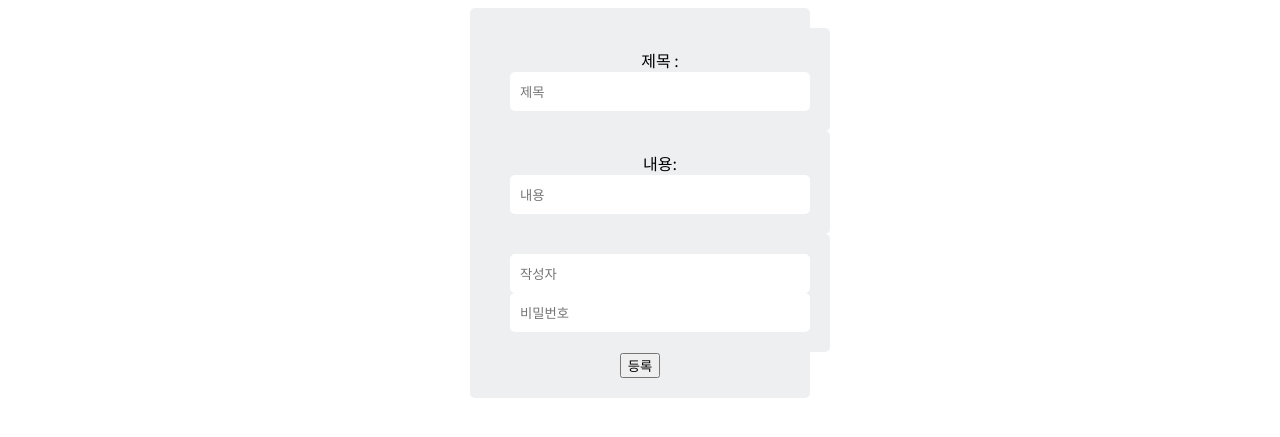
Repository: tae10/app-board-solo
Page: http://localhost/app-board/create
The author's editor kept a copy of each file at every save. The page is drawn from the files as they stood at one save, then again after the next save.
The browser window is 1280 px wide. The pictures show the whole page.
The page is served by Tomcat 9.

Above is the page before, as saved 2023-04-10 14:23:32.

After the next save:
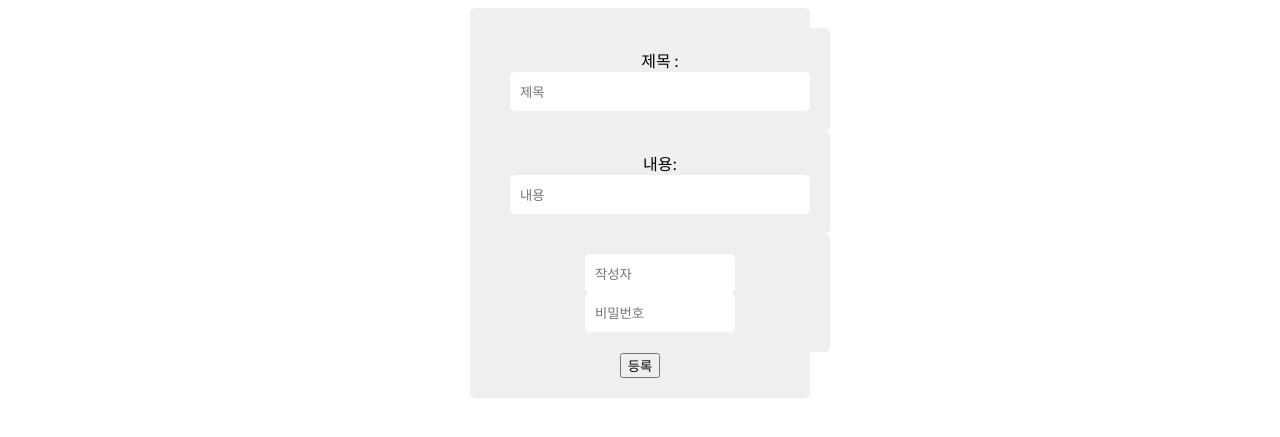
Saved 22 s later.
--- a/app-board/src/main/webapp/WEB-INF/views/board/create.jsp
+++ b/app-board/src/main/webapp/WEB-INF/views/board/create.jsp
@@ -19,8 +19,8 @@
 			</div>
 			<c:if test="${empty sessionScope.logonUser }">
 				<div>
-					<input  style=width:"150px" type="text" name="writer" placeholder="작성자">
-					<input type="text" name="boardPass" placeholder="비밀번호">
+					<input style="width:150px" type="text" name="writer" placeholder="작성자">
+					<input style="width:150px" type="text" name="boardPass" placeholder="비밀번호">
 				</div>
 			</c:if>
 			<button id="btn-dark" type="submit">등록</button>
